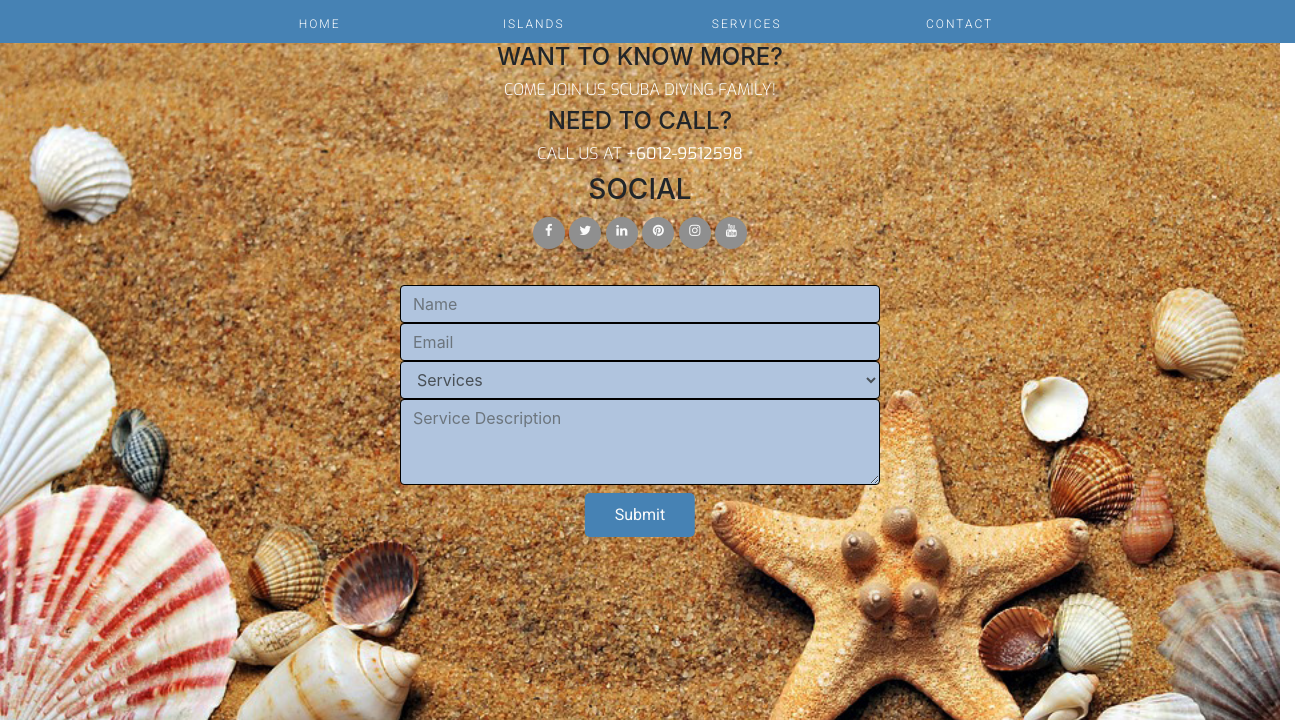
Repository: Code-Institute-Submissions/cathyann-diving.github.io
Page: contact.html
The author's editor kept a record of every edit. The page is drawn from the files as they stood at one moment, then again after the next edit.
The browser window is 1280 px wide. The page is 1295 px wide, so the pictures cover 1295 px, including what lies to the right of the window. The pictures show the whole page.

Above is the page before.

After the next edit:
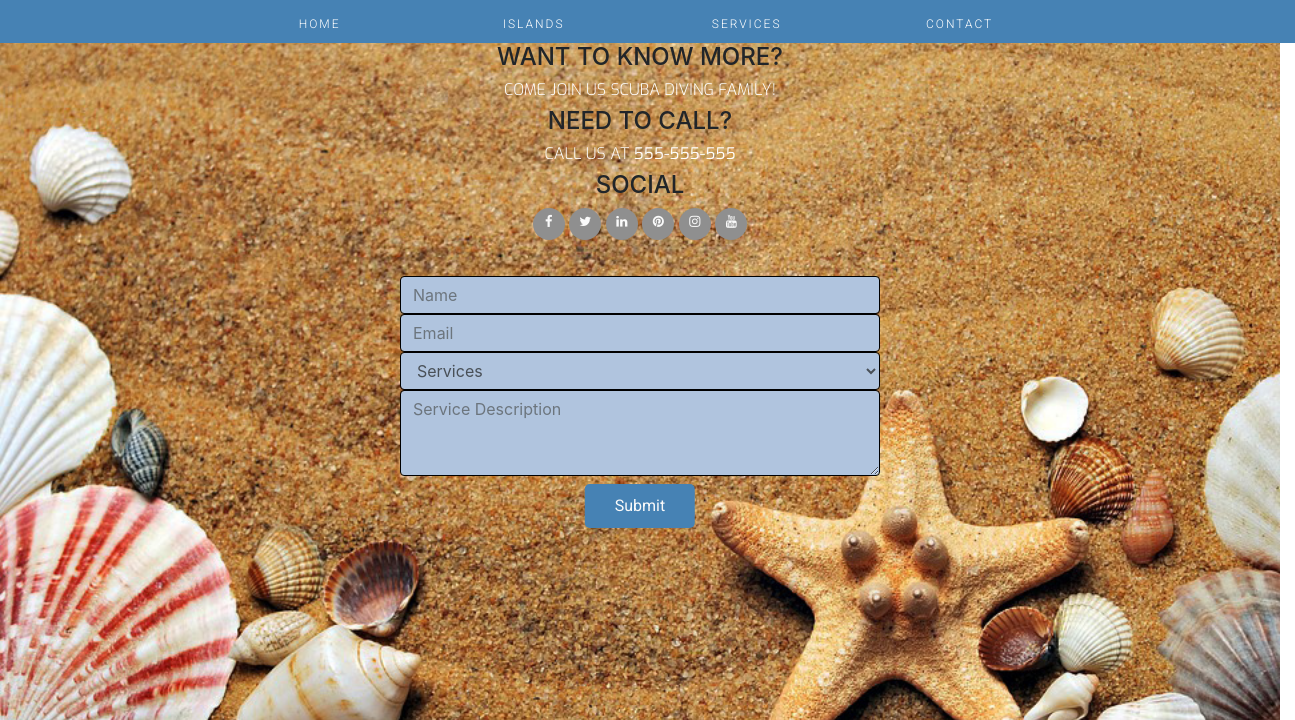
The edit:
--- a/contact.html
+++ b/contact.html
@@ -42,10 +42,8 @@
                 <h4 class="uppercase text-center">Want to know more?</h4>
                 <h6 class="contact-heading uppercase text-center">Come join us Scuba diving family!</h6>
                 <h4 class="uppercase text-center">Need to call?</h4>
-                <h6 class="contact-heading uppercase text-center">Call us at <b>+6012-9512598</b></h6>
-
-
-                <h3 class="uppercase text-center">Social</h3>
+                <h6 class="contact-heading uppercase text-center">Call us at <b>555-555-555</b></h6>
+                <h4 class="uppercase text-center">Social</h4>
                 <ul class="list-inline social-links">
                     <li class="list-inline-item">
                         <a href="#" target="_blank">
